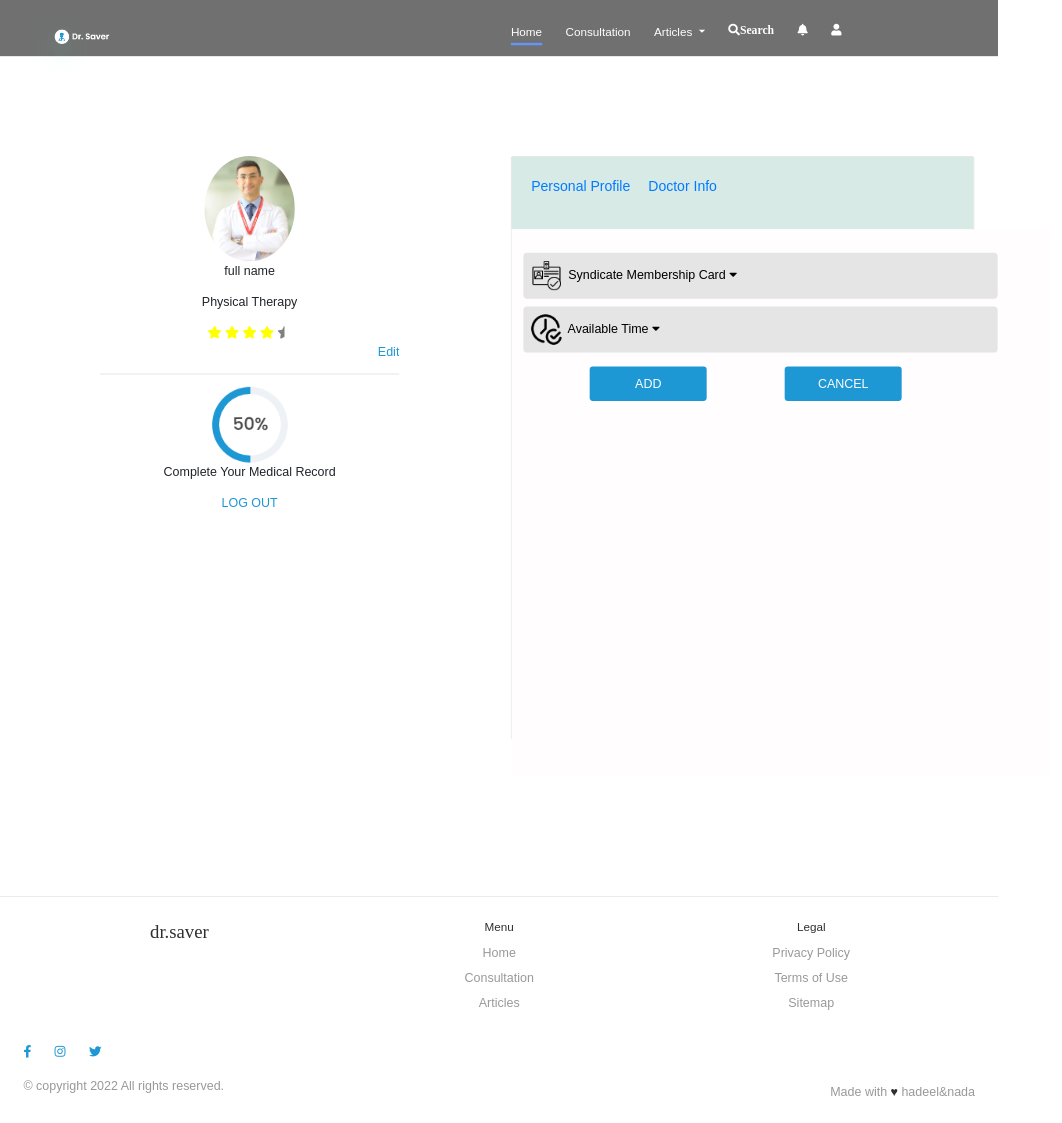
Repository: nsra/hadeel_doctor_system
Page: doctor/Dprofile.html
The author's editor kept a copy of each file at every save. The page is drawn from the files as they stood at one save, then again after a run of saves.
The browser window is 1280 px wide. The page is 1361 px wide, so the pictures cover 1361 px, including what lies to the right of the window. The pictures show the whole page, at 78% of full size.
Some web fonts or font styles are not loaded; a fallback is used. Some web libraries are served in a nearby version.

Above is the page before, as saved 2022-04-09 20:38:23.

### doctor/Dprofile.html
<!DOCTYPE html>
<html lang="en">
<head>
    <meta charset="UTF-8">
    <meta http-equiv="content-type" content="text/html; charset=UTF-8">
    <title>DrSaver</title>
    <link rel="shortcut icon" href="../assets/img/doctor.png" type="image/x-icon">
    <link rel="stylesheet" href="https://maxcdn.bootstrapcdn.com/bootstrap/4.0.0/css/bootstrap.min.css" integrity="sha384-Gn5384xqQ1aoWXA+058RXPxPg6fy4IWvTNh0E263XmFcJlSAwiGgFAW/dAiS6JXm" crossorigin="anonymous">
    <link rel="stylesheet" href="https://pro.fontawesome.com/releases/v5.10.0/css/all.css" integrity="sha384-AYmEC3Yw5cVb3ZcuHtOA93w35dYTsvhLPVnYs9eStHfGJvOvKxVfELGroGkvsg+p" crossorigin="anonymous"/>
    <link rel="stylesheet" href="../assets/css/style.css" type="text/css">
    <link rel="preconnect" href="https://fonts.gstatic.com">
    <link href="https://fonts.googleapis.com/css2?family=Tajawal:wght@700&display=swap" rel="stylesheet">
    <meta name="viewport" content="width=device-width, initial-scale=1, shrink-to-fit=no">
</head>
<body>

    <!--header-->
    <div class="header" style=" background-color: #707070;">

<div class="header-content">
    <div class="logo">
        <img src=" ../assets/img/drsaver.png"  alt="logo image" draggable="false">

     </div>
       <ul class="nav">
         <li><a href="#" class="active">Home</a></li>
         <li><a href="#" >Consultation</a></li>
           <li class="nav-item dropdown">
            <a class="nav-link dropdown-toggle" href="#" id="navbarDropdown" role="button" data-toggle="dropdown" aria-haspopup="true" aria-expanded="false">
                Articles
            </a>
            <div class="dropdown-menu" aria-labelledby="navbarDropdown">
              <a class="dropdown-item" href="#">Action</a>
              <a class="dropdown-item" href="#">Another action</a>
              <div class="dropdown-divider"></div>
              <a class="dropdown-item" href="#">Something else here</a>
            </div>
          </li>
         <li><a href="#"class="icon fa fa-search fa-2x" >Search</a></li>

 <li><a href="#"class="icon fa fa-bell" >  </a></li>
          <li><a href="#"class="icon fa fa-user fa-2x" > </a></li>






     </ul>
     <div class="clear"></div>
</div>
  </div>

     <!--profile section-->
     <div class="about pd-y"></div>
     <aside id="slide-out" class="sidebar white fixed">
        <div class="side-nav-wrapper">
            <div class="sidebar-profile">
                <div class="sidebar-profile-image">
                    <img src="../assets/img/Image -1.png" style="border: none;border-radius: 50%;width: 30%;" alt="">
                </div>
                <div class="sidebar-profile-info">

                </div>
            </div>

<p  >full name</p>
<p >Physical Therapy</p>
<span> <i class="fas fa-star staryel"></i></span>
<span> <i class="fas fa-star staryel"></i></span>
<span> <i class="fas fa-star staryel"></i></span>
<span> <i class="fas fa-star staryel"></i></span>
<span> <i class="fas fa-star-half  "style="color:gray"></i></span>
<br>
<span class="float-right" style="color: #1E97D5;">Edit</span>
<br><hr>

<img src="../assets/img/BG.png" alt="" >
<br>
<span>Complete Your Medical Record</span>
       <ul>
<li ><a  href="" style="color: #1E97D5;">LOG OUT</a> </li>
</ul>



        </div>
    </aside>


        <div class="row">
        <br>
            <div class="col s12">

            </div>
            <div class="col s12 m12 l6">
                <div class="card">
                    <div class="card-content">
                           <div  class="row" style="background-color: #D8EAE6; width: 100%;margin-left: 0;padding: 10px;">
                            <ul class="list-item">

                              <li class="item j" onclick="displayHide()" ><a href="#">Personal Profile</a></li>

                              <li class="item  "onclick="displayShow()" > <a href="#"> Doctor info<i class=""></i> </a>

                                <ul class="dropdown" id="med">

                                    <li class="dropdown-btn"> <img src="../assets/img/PHOTO-12.png" alt="" >   Syndicate Membership Card
                                       <i class="fa fa-caret-down"></i>
                                    </li>
                                    <div class="dropdown-container">
                                      <form id="example-form" method="post" name="updatemp">

                                        <section>
                                          <div class="wizard-content">
                                            <div class="row">
                                              <div class="col m6">

                                                  <div class="input-field col  ">

                                                    <input id="file"  name="file" placeholder="Please Upload Your Syndicate " type="file" required>
                                                  </div>


                                              </div>
                                            </div>
                                          </div>
                                        </section>


                                      </form>

                                    </div>
                              </li>
                              <li class="dropdown-btn"> <img src="../assets/img/PHOTO-14.png" alt="" > Available Time
                                <i class="fa fa-caret-down"></i>
                             </li>
                             <div class="dropdown-container">
                               <form action="">


                                  <input id="date-time"  name="date-time" placeholder=" " type="date" required>


                               </form>
                             </div>
                                        <div class="input-field row ">
                                    <center><button type="submit" name="change" style="padding:10px;color:#fff;margin-left:100px;width:150px;border:none;text-transform:uppercase" class="waves-effect waves-light btn indigo m-b-xs" onclick="">Add</button></center>
                                    <center><button type="submit" name="change" style="padding:10px;color:#fff;margin-left:100px;width:150px;border:none;text-transform:uppercase" class="waves-effect waves-light btn indigo m-b-xs" onclick="">Cancel</button></center>

                                    </div>  </ul>

                                </li>

                              </ul>

                          <script>
                  /* Loop through all dropdown buttons to toggle between hiding and showing its dropdown content - This allows the user to have multiple dropdowns without any conflict */
                  var dropdown = document.getElementsByClassName("dropdown-btn");
                  var i;
                  function displayHide() {
                            document.getElementById("med").style.visibility = "hidden";

                         }
                         function displayShow() {
                            document.getElementById("med").style.visibility = "visible";
                         }
                   for (i = 0; i < dropdown.length; i++) {
                    dropdown[i].addEventListener("click", function() {

                    var dropdownContent = this.nextElementSibling;
                    if (dropdownContent.style.display === "block") {
                    dropdownContent.style.display = "none";
                    } else {
                    dropdownContent.style.display = "block";
                    }
                    });
                  }
                  </script>    </ul>
                            </div>   <form id="example-form" method="post" name="updatemp">

                                <section>
                                    <div class="wizard-content">
                                        <div class="row">
                                            <div class="col m6">
                                                <div class="row">


<div class="input-field col m6 s12 ">

<input id="firstName" name="firstName"  placeholder="First name"  type="text" required>
</div>

<div class="input-field ">

<input id="lastName" name="lastName" placeholder="Last name " value="" type="text" autocomplete="off" required>
</div>
                                                </div>
<div class="input-field">

 <input id="userName" name="userName" value="" placeholder="Username" type="text" autocomplete="off" required>
</div>

<div class="input-field">
 <input  name="email" type="email" id="email" placeholder="Email" value=" "   autocomplete="off" required>

</div>

<div class="input-field  ">
 <input id="phone" name="mobileno"style="margin:5px;" type="tel" placeholder="Mobile number" maxlength="10" autocomplete="off" required>
</div>



<div class="row">

<div class="input-field ">
 <input id="birthdate" name="dob"  class="datepicker" type="date" value="" style="margin:20px;" >
</div>
<div class="input-field " style="margin:20px;margin-left:50px;">
<select  name="gender" autocomplete="off">

<option value="Male">Male</option>
<option value="Female">Female</option>

</select>
</div>
</div>
<div class="input-field "  >
    <select  name="gender" autocomplete="off" >

    <option value="Nationality">Nationality</option>
    <option value="palestinian">palestinian</option>

    </select>
    </div>
    <div class="input-field " style="margin-top:20px">
        <select  name="gender" autocomplete="off" >

        <option value="Specialty">Doctor's Specialty</option>
        <option value="heart">heart</option>
        <option value="PhysicalTherapy">Physical Therapy</option>

        </select>



                                            </div>
                                            <div class="input-field  ">
                                              <center><button type="submit" name="change" style="padding:10px;color:#fff;margin:100px;width:150px;border:none;text-transform:uppercase" class="waves-effect waves-light btn indigo m-b-xs" onclick="">Save</button></center>

                                              </div>
                                        </div>
                                    </div>
                                </section>




                        </form>



</div>




                                </div>

                            </form>
                        </div>
                    </div>
                </div>




<div class="left-sidebar-hover"></div>


  <div class="about pd-y"></div>

    <!--footer section-->
<footer class="footer">

    <div class="footer__addr">
      <h1 class="footer__logo">Dr.saver</h1>


    </div>

    <ul class="footer__nav">
      <li class="nav__item">
        <h2 class="nav__title">Menu</h2>

        <ul class="nav__ul">
          <li>
            <a href="#">Home</a>
          </li>

          <li>
            <a href="#">Consultation</a>
          </li>

          <li>
            <a href="#">Articles</a>
          </li>
        </ul>
      </li>

      <li class="nav__item">
        <h2 class="nav__title">Legal</h2>

        <ul class="nav__ul">
          <li>
            <a href="#">Privacy Policy</a>
          </li>

          <li>
            <a href="#">Terms of Use</a>
          </li>

          <li>
            <a href="#">Sitemap</a>
          </li>
        </ul>
      </li>
    </ul>
    <div class="row">

        <div class="  col-lg-5 ">

            <div class="row float-left">
                <div class="socialItem">
                    <i class="fab fa-facebook-f"></i>
                </div>
                <div class="socialItem">
                    <i class="fab fa-instagram"></i>
                </div>
                <div class="socialItem">
                    <i class="fab fa-twitter"></i>
                </div>


            </div>
        </div>
    </div>
    <div class="legal">
      <p> &copy; copyright 2022 All rights reserved.</p>

      <div class="legal__links">
        <span>Made with <span class="heart">♥</span> hadeel&nada</span>
      </div>

    </div>
  </footer>
  <script src="https://code.jquery.com/jquery-3.2.1.slim.min.js" integrity="sha384-KJ3o2DKtIkvYIK3UENzmM7KCkRr/rE9/Qpg6aAZGJwFDMVNA/GpGFF93hXpG5KkN" crossorigin="anonymous"></script>
  <script src="https://cdn.jsdelivr.net/npm/popper.js@1.12.9/dist/umd/popper.min.js" integrity="sha384-ApNbgh9B+Y1QKtv3Rn7W3mgPxhU9K/ScQsAP7hUibX39j7fakFPskvXusvfa0b4Q" crossorigin="anonymous"></script>
  <script src="https://cdn.jsdelivr.net/npm/bootstrap@4.0.0/dist/js/bootstrap.min.js" integrity="sha384-JZR6Spejh4U02d8jOt6vLEHfe/JQGiRRSQQxSfFWpi1MquVdAyjUar5+76PVCmYl" crossorigin="anonymous"></script>
  </body>
</html>

Loaded but not shown: assets/css/style.css (802 lines, source omitted)

After the next 2 saves:
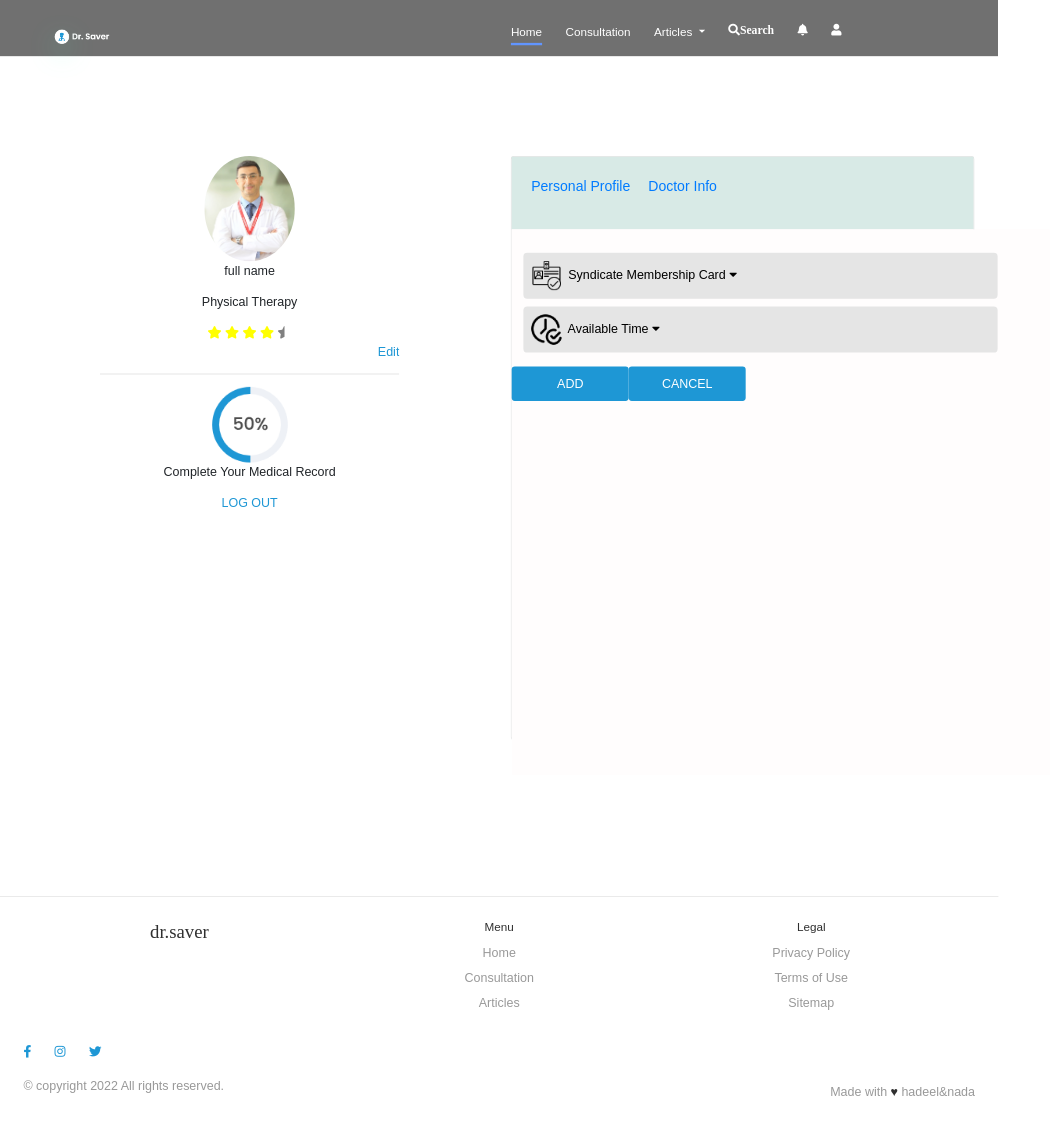
The 2 saves are shown as one change because they came seconds apart.
The last was saved 8 s later.
--- a/doctor/Dprofile.html
+++ b/doctor/Dprofile.html
@@ -145,8 +145,8 @@
                                </form>
                              </div>
                                         <div class="input-field row ">
-                                    <center><button type="submit" name="change" style="padding:10px;color:#fff;margin-left:100px;width:150px;border:none;text-transform:uppercase" class="waves-effect waves-light btn indigo m-b-xs" onclick="">Add</button></center>
-                                    <center><button type="submit" name="change" style="padding:10px;color:#fff;margin-left:100px;width:150px;border:none;text-transform:uppercase" class="waves-effect waves-light btn indigo m-b-xs" onclick="">Cancel</button></center>
+                                    <center><button type="submit" name="change" style="padding:10px;color:#fff; width:150px;border:none;text-transform:uppercase" class="waves-effect waves-light btn indigo m-b-xs" onclick="">Add</button></center>
+                                    <center><button type="submit" name="change" style="padding:10px;color:#fff; width:150px;border:none;text-transform:uppercase" class="waves-effect waves-light btn indigo m-b-xs" onclick="">Cancel</button></center>
 
                                     </div>  </ul>
 
